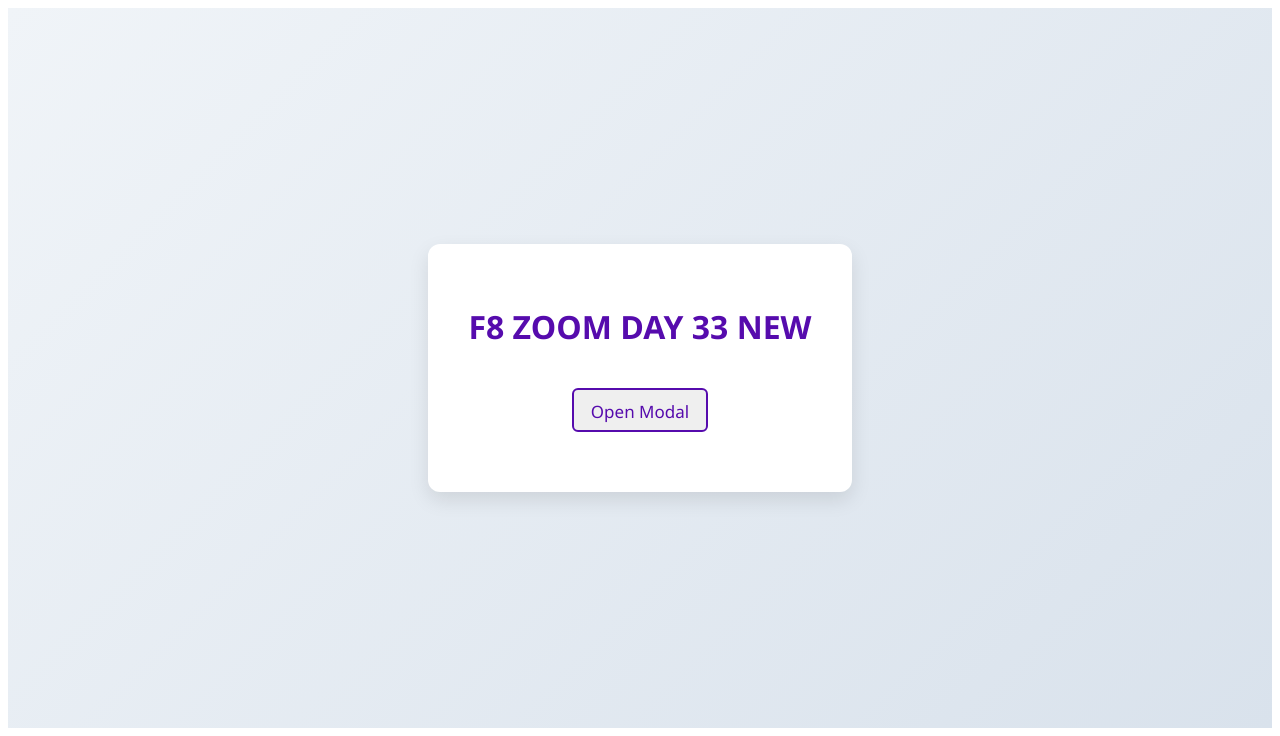
Repository: lannguyen1301/f8-zoom-day-33-new
Page: index.html
These files come from the project's save history. The page is drawn as it stood at one moment and after the next save; the edit follows.
The browser window is 1280 px wide. The pictures show the whole page.

Above is the page before, as saved 2025-08-06 22:19:50.

### index.html
<!DOCTYPE html>
<html lang="en">

<head>
    <meta charset="UTF-8">
    <meta name="viewport" content="width=device-width, initial-scale=1.0">
    <title>F8 ZOOM DAY 33 NEW</title>
    <link rel="stylesheet" href="./assets/css/style.css">

</head>

<body>
    <div class="main">
        <div class="card">
            <h1 class="title">F8 ZOOM DAY 33 NEW</h1>
            <button id="open-modal">Open Modal</button>
        </div>
    </div>

    <!-- App Modal -->
    <app-modal hidden>
        <div class="header" slot="header">
            <div class="circle"></div>
            <span>x</span>
            <h1 id="heading">F8 ZOOM DAY 33 Components</h1>
        </div>
        <div slot="content">
            <p>Lorem ipsum dolor sit amet consectetur adipisicing elit. Possimus, totam.</p>
            <p>Lorem ipsum, dolor sit amet consectetur adipisicing elit. Praesentium voluptas veniam ea in magni
                temporibus.
            </p>
            <p>Lorem, ipsum dolor sit amet consectetur adipisicing elit. Sapiente aspernatur quod suscipit? Voluptas
                quae ea
                dolorem vero. Omnis, eius soluta!</p>
        </div>

        <div slot="footer">
            <button id="close-btn">Cancel</button>
            <button>Confirm</button>
        </div>
    </app-modal>

    <!-- App Modal Template -->
    <template id="app-modal-tpl">
        <!-- thêm css Externals  -->
        <link rel="stylesheet" href="./style.css">

        <!-- Thêm CSS Internals -->
        <style>
            * {
                padding: 0;
                margin: 0;
                box-sizing: border-box;
            }

            :host {
                --app-modal-heading-color: green;
                --app-modal-padding: 60px
                    /* màu mặc định đang là màu đỏ */
            }

            .modal {
                position: fixed;
                inset: 0;
                display: flex;
                align-items: center;
                justify-content: center;
                flex-direction: column;
                background: rgba(0, 0, 0, 0.6);
            }

            .inner {
                min-width: 350px;
                padding: var(--app-modal-padding, 20px);
                border-radius: 10px;
                background: #fff;
                position: relative;
                /*  */

            }

            #heading {
                color: var(--app-modal-heading-color, red);
            }

            .modal span {
                width: 50px;
                height: 50px;
                font-size: 2rem;
                text-align: center;
                background: #ccc;
                margin: 0;
                position: absolute;
                border-radius: 50%;
            }
        </style>
        <div class="modal">
            <div class="inner">
                <div class="header">
                    <slot name="header"></slot>
                </div>
                <div class="content">
                    <slot name="content"></slot>
                    <h1 id="heading"></h1>
                </div>
                <div class="footer">
                    <slot name="footer"></slot>
                </div>
            </div>
        </div>
    </template>
    <script type="module" src="./main.js"></script>
</body>

</html>

### assets/css/style.css
.main {
    margin: 0;
    height: 100vh;
    display: flex;
    justify-content: center;
    align-items: center;
    background: linear-gradient(135deg, #f0f4f8, #d9e2ec);
    font-family: "Segoe UI", sans-serif;
}

.card {
    background: white;
    padding: 40px;
    border-radius: 12px;
    box-shadow: 0 8px 20px rgba(0, 0, 0, 0.1);
    text-align: center;
    max-width: 400px;
}

.card h1 {
    margin-bottom: 20px;
    color: #560bad;
}

/* From Uiverse.io by cssbuttons-io */
button {
    --color: #560bad;
    font-family: inherit;
    display: inline-block;
    width: 8em;
    height: 2.6em;
    line-height: 2.5em;
    margin: 20px;
    position: relative;
    cursor: pointer;
    overflow: hidden;
    border: 2px solid var(--color);
    transition: color 0.5s;
    z-index: 0;
    font-size: 17px;
    border-radius: 6px;
    font-weight: 500;
    color: var(--color);
}
button:before {
    content: "";
    position: absolute;
    z-index: -1;
    background: var(--color);
    height: 150px;
    width: 200px;
    border-radius: 50%;
}

button:hover {
    color: #fff;
}

button:before {
    top: 100%;
    left: 100%;
    transition: all 0.7s;
}

button:hover:before {
    top: -30px;
    left: -30px;
}

button:active:before {
    background: #3a0ca3;
    transition: background 0s;
}

span {
    display: block;
    width: 50px;
    height: 50px;
    border-radius: 50%;
    background: #f0f0f0;
    text-align: center;
    color: #560bad;
    font-size: 2rem;
    margin-left: auto;
    margin-right: 0;
    border: 1px solid #560bad;
}

### main.js
import "./Components/app-modal.js";

// Open Modal
const openModalBtn = document.querySelector("#open-modal");
const appModal = document.querySelector("app-modal");

appModal.addEventListener("open", () => {
    // code...
    // alert("Da duoc mo");
});

appModal.addEventListener("close", () => {
    // code...
    // alert("Da dong");
});

openModalBtn.addEventListener("click", () => {
    appModal.open();
});

### Components/app-modal.js
class AppModal extends HTMLElement {
    constructor() {
        super();
        this.attachShadow({ mode: "open" });
    }

    connectedCallback() {
        // cách 1
        // this.removeAttribute("hidden");

        // cách 2
        this.hidden = false;
    }

    open() {
        // Append Template
        const template = document.querySelector("#app-modal-tpl");
        const templateContent = template.content.cloneNode(true);
        this.shadowRoot.appendChild(templateContent);

        // this.addEventListener("click", () => {
        //     this.close();
        // });

        // Set heading
        // const heading = this.shadowRoot.querySelector("#heading");
        // heading.textContent = this.getAttribute("heading");
        this.dispatchEvent(new CustomEvent("open"));
        // heading nằm ở <app-modal id="" heading="Modal 1"></app-modal>

        this.shadowRoot.addEventListener("click", (e) => {
            if (e.target.closest("#close-btn")) {
                this.close();
            }
        });
    }
    close() {
        this.shadowRoot.innerHTML = "";

        this.dispatchEvent(new CustomEvent("close"));
    }
}

// gọi hàm
customElements.define("app-modal", AppModal);

After the next save:
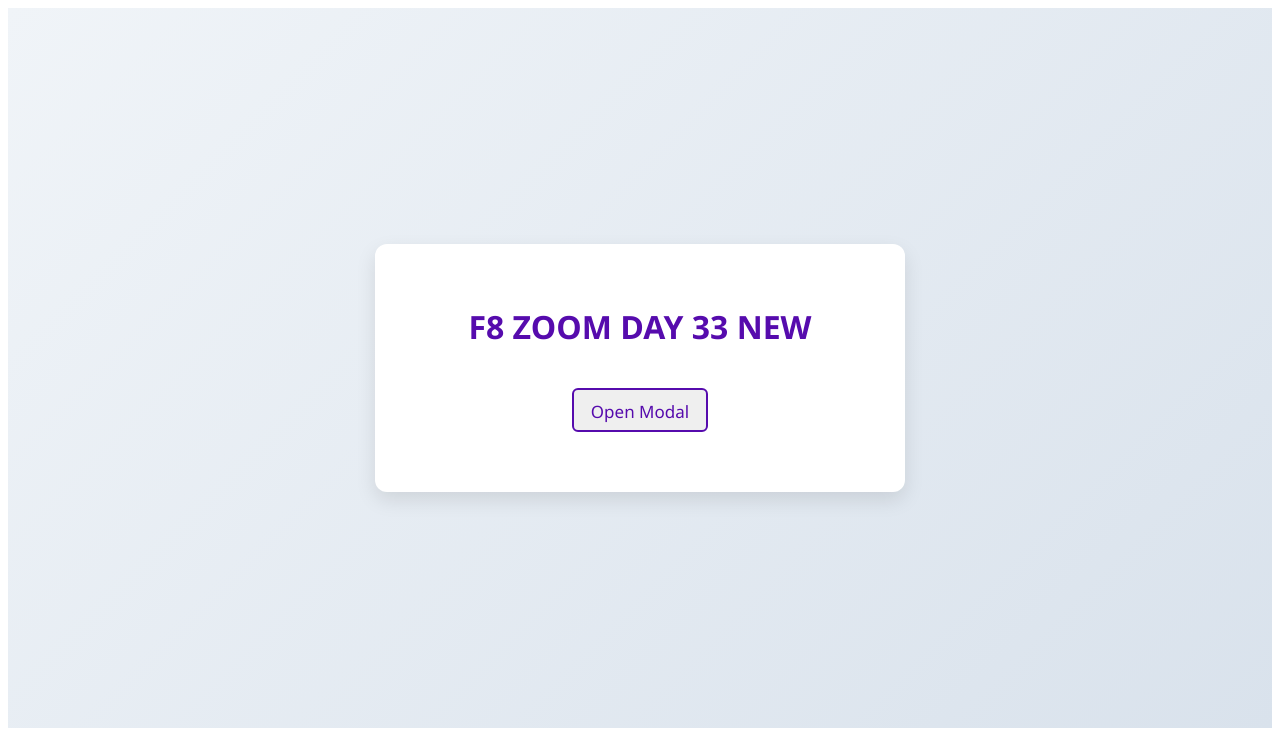
Saved 2 min 36 s later.
--- a/assets/css/style.css
+++ b/assets/css/style.css
@@ -14,7 +14,7 @@
     border-radius: 12px;
     box-shadow: 0 8px 20px rgba(0, 0, 0, 0.1);
     text-align: center;
-    max-width: 400px;
+    min-width: 450px;
 }
 
 .card h1 {
